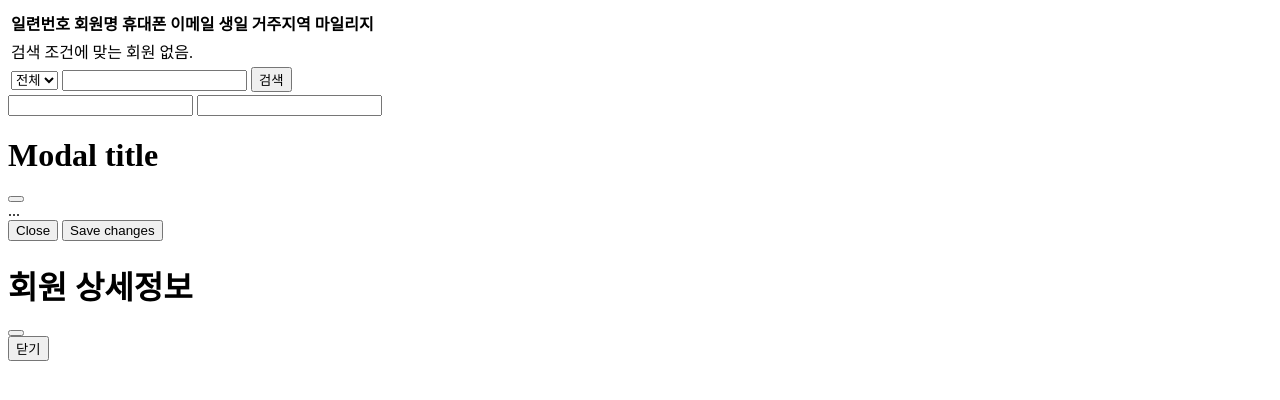
Repository: hoseolkim/restart
Page: http://localhost/WebStudy03_Mybatis/WEB-INF/views/member/memberList.jsp
The author's editor kept a copy of each file at every save. The page is drawn from the files as they stood at one save, then again after the next save.
The browser window is 1280 px wide. The pictures show the whole page.
The page is served by Tomcat 9. Nobody is signed in. Other server files are loaded and not shown. The template is opened directly, without the code that normally fills it, so the values that code supplies are empty.

Above is the page before, as saved 2023-10-04 07:51:51.
Console error: ReferenceError: $ is not defined

### WebStudy03_Mybatis/src/main/webapp/WEB-INF/views/member/memberList.jsp
<%@ page language="java" contentType="text/html; charset=UTF-8"
    pageEncoding="UTF-8"%>
<%@ taglib uri="http://java.sun.com/jsp/jstl/core" prefix="c" %>
<table class="table table-bordered">
	<thead>
		<tr>
			<th>일련번호</th>
			<th>회원명</th>
			<th>휴대폰</th>
			<th>이메일</th>
			<th>생일</th>
			<th>거주지역</th>
			<th>마일리지</th>
		</tr>
	</thead>
	<tbody>
		<c:set value="${paging.dataList }" var="memberList" />
		<c:if test="${empty memberList }">
			<tr>
				<td colspan="5">검색 조건에 맞는 회원 없음.</td>
			</tr>
		</c:if>
		<c:if test="${not empty memberList }">
			<c:forEach items="${memberList }" var="member">
				<tr data-mem-id="${member.memId}" data-bs-toggle="modal" data-bs-target="#exampleModal">
					<td>${member.rnum }</td>
					<td>${member.memName }[${member.prodCount }]</td>
					<td>${member.memHp }</td>
					<td>${member.memMail }</td>
					<td>${member.memBir }</td>
					<td>${member.memAdd1 }</td>
					<td>${member.memMileage }</td>
				</tr>
			</c:forEach>
		</c:if>
	</tbody>
	<tfoot>
		<tr>
			<td colspan="7">
				${paging.pagingHTML }
				<div id="searchUI">
					<select name="searchType">
						<option value>전체</option>
						<option value="name">이름</option>
						<option value="address">지역</option>
					</select>
					<input type="text" name="searchWord" />
					<input type="button" value="검색" id="searchBtn" />
				</div>
			</td>
		</tr>
	</tfoot>
</table>

<form id="searchForm">
	<input type="text" name="searchType" />
	<input type="text" name="searchWord" />
</form>


<!-- Modal -->
<div class="modal fade" id="exampleModal" tabindex="-1" aria-labelledby="exampleModalLabel" aria-hidden="true">
  <div class="modal-dialog">
    <div class="modal-content">
      <div class="modal-header">
        <h1 class="modal-title fs-5" id="exampleModalLabel">Modal title</h1>
        <button type="button" class="btn-close" data-bs-dismiss="modal" aria-label="Close"></button>
      </div>
      <div class="modal-body">
        ...
      </div>
      <div class="modal-footer">
        <button type="button" class="btn btn-secondary" data-bs-dismiss="modal">Close</button>
        <button type="button" class="btn btn-primary">Save changes</button>
      </div>
    </div>
  </div>
</div>
<!-- 내가 작성한 것 -->
<div class="modal fade" id="memberDetailModal" tabindex="-1" aria-labelledby="memberModal" aria-hidden="true">
  <div class="modal-dialog">
    <div class="modal-content">
      <div class="modal-header">
        <h1 class="modal-title fs-5" id="memberModal">회원 상세정보</h1>
        <button type="button" class="btn-close" data-bs-dismiss="modal" aria-label="Close"></button>
      </div>
      <div class="modal-body" id="memberDetailArea">

      </div>
      <div class="modal-footer">
        <button type="button" class="btn btn-secondary" data-bs-dismiss="modal">닫기</button>
      </div>
    </div>
  </div>
</div>
<script>
	function fn_paging(page){
		location.href = "?page="+page;
	}

	$(searchUI).on("click","#searchBtn",function(event){
		let inputs = $(this).parents('#searchUI').find(':input[name]');
		$.each(inputs,function(idx, ipt){
			let name = ipt.name;
			let value = $(ipt).val();
			$(searchForm).find(`:input[name=\${name}]`).val(value);
		});

		$(searchForm).submit();

	});




	// Event-Driven-Development
	$(exampleModal).on('show.bs.modal',function(event){
		let $modal = $(this);
		let trTag = event.relatedTarget;
		let who = $(trTag).data('memId');
// 		location.href = "${pageContext.request.contextPath}/member/memberView.do?who="+who;
		let url = "${pageContext.request.contextPath}/member/memberView.do?who=" + who ;
		$.get(url)
			.done(function(resp){
				$modal.find('.modal-body').html(resp);
			})
	}).on('hidden.bs.modal',function(event){
		$(this).find('.modal-body').empty();
	});

 </script>

<%-- <script src="${pageContext.request.contextPath }/resources/js/app/member/member.js"></script> --%>

After the next save:
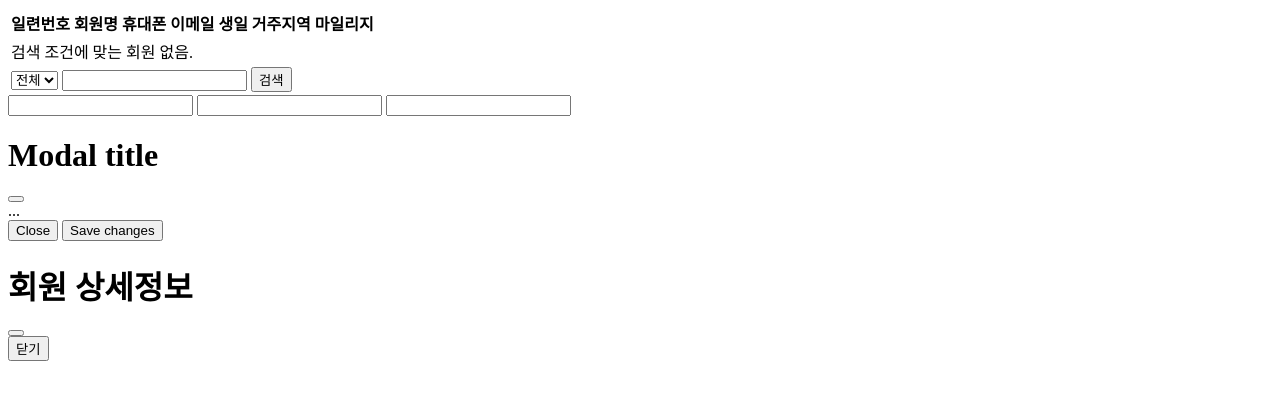
Saved 2 min 7 s later.
--- a/WebStudy03_Mybatis/src/main/webapp/WEB-INF/views/member/memberList.jsp
+++ b/WebStudy03_Mybatis/src/main/webapp/WEB-INF/views/member/memberList.jsp
@@ -55,6 +55,7 @@
 <form id="searchForm">
 	<input type="text" name="searchType" />
 	<input type="text" name="searchWord" />
+	<input type="text" name="page" />
 </form>
 
 
